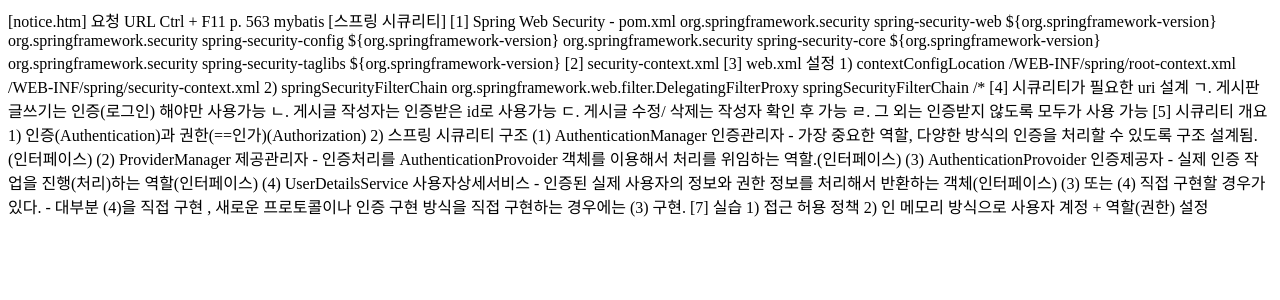
Repository: Vida0822/-
Page: SL11_SECURITY/src/main/webapp/customer/notice.htm
These files come from the project's save history. The page is drawn as it stood at one moment and after the next save; the edit follows.
The browser window is 1280 px wide. The pictures show the whole page.

Above is the page before, as saved 2023-07-04 01:23:25.

After the next save:
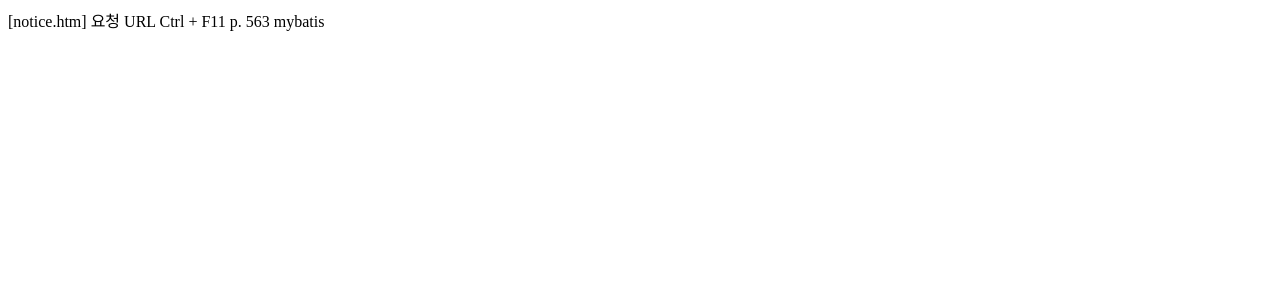
Saved 68 s later.
--- a/SL11_SECURITY/src/main/webapp/customer/notice.htm
+++ b/SL11_SECURITY/src/main/webapp/customer/notice.htm
@@ -2,92 +2,3 @@
 Ctrl + F11
 
 p. 563 mybatis
-
-[스프링 시큐리티]
-[1] Spring Web Security - pom.xml
-
-	<dependency>
-			<groupId>org.springframework.security</groupId>
-			<artifactId>spring-security-web</artifactId>
-			<version>${org.springframework-version}</version>
-		</dependency>
-
-		<dependency>
-			<groupId>org.springframework.security</groupId>
-			<artifactId>spring-security-config</artifactId>
-			<version>${org.springframework-version}</version>
-		</dependency>
-
-		<dependency>
-			<groupId>org.springframework.security</groupId>
-			<artifactId>spring-security-core</artifactId>
-			<version>${org.springframework-version}</version>
-		</dependency>
-
-		<!-- https://mvnrepository.com/artifact/org.springframework.security/spring-security-taglibs -->
-		<dependency>
-			<groupId>org.springframework.security</groupId>
-			<artifactId>spring-security-taglibs</artifactId>
-			<version>${org.springframework-version}</version>
-		</dependency>
-
-
-	[2] security-context.xml
-	<security:http>
-	   <security:form-login/>
-	</security:http>
-
-
-	[3] web.xml 설정
-	1)
-	<context-param>
-      <param-name>contextConfigLocation</param-name>
-      <param-value>
-         /WEB-INF/spring/root-context.xml
-         /WEB-INF/spring/security-context.xml
-      </param-value>
-   </context-param>
-
-	2)
-	<filter>
-      <filter-name>springSecurityFilterChain</filter-name>
-      <filter-class>org.springframework.web.filter.DelegatingFilterProxy</filter-class>
-   </filter>
-   <filter-mapping>
-      <filter-name>springSecurityFilterChain</filter-name>
-      <url-pattern>/*</url-pattern>
-   </filter-mapping>
-
-   [4] 시큐리티가 필요한 uri 설계
-   	ㄱ. 게시판 글쓰기는 인증(로그인) 해야만 사용가능
-   	ㄴ. 게시글 작성자는 인증받은 id로 사용가능
-   	ㄷ. 게시글 수정/ 삭제는 작성자 확인 후 가능
-   	ㄹ. 그 외는 인증받지 않도록 모두가 사용 가능
-
-
-	[5] 시큐리티 개요
-   1) 인증(Authentication)과 권한(==인가)(Authorization)
-   2) 스프링 시큐리티 구조
-      (1) AuthenticationManager 인증관리자 - 가장 중요한 역할, 다양한 방식의 인증을 처리할 수 있도록 구조 설계됨.(인터페이스)
-      (2) ProviderManager 제공관리자 - 인증처리를 AuthenticationProvoider 객체를 이용해서 처리를 위임하는 역할.(인터페이스)
-      (3) AuthenticationProvoider 인증제공자 - 실제 인증 작업을 진행(처리)하는 역할(인터페이스)
-      (4) UserDetailsService 사용자상세서비스 - 인증된 실제 사용자의 정보와 권한 정보를 처리해서 반환하는 객체(인터페이스)
-
-      (3) 또는 (4) 직접 구현할 경우가 있다.  - 대부분 (4)을 직접 구현 , 새로운 프로토콜이나 인증 구현 방식을 직접 구현하는 경우에는 (3) 구현.
-
-
-    [7] 실습
-    1) 접근 허용 정책
-    	<security:intercept-url pattern="/customer/noticeReg.htm" access="isAuthenticated()" />
-		<security:intercept-url pattern="/customer/noticeDel.htm" access="hasRole('ROLE_ADMIN')" />
-		<security:intercept-url pattern="/**" access="permitAll"/>
-
-	2) 인 메모리 방식으로 사용자 계정 + 역할(권한) 설정
-		<security:authentication-manager>
-		<security:authentication-provider> <!-- 실제 인증을 처리하는 객체 -->
-			<security:user-service>
-				<security:user name="hong" authorities="ROLE_USER" password="1234"/>
-				<security:user name="admin" authorities="ROLE_USER, ROLE_ADMIN, ROLE_MANAGER" password="1234"/>
-			</security:user-service>
-		</security:authentication-provider>
-	</security:authentication-manager>
